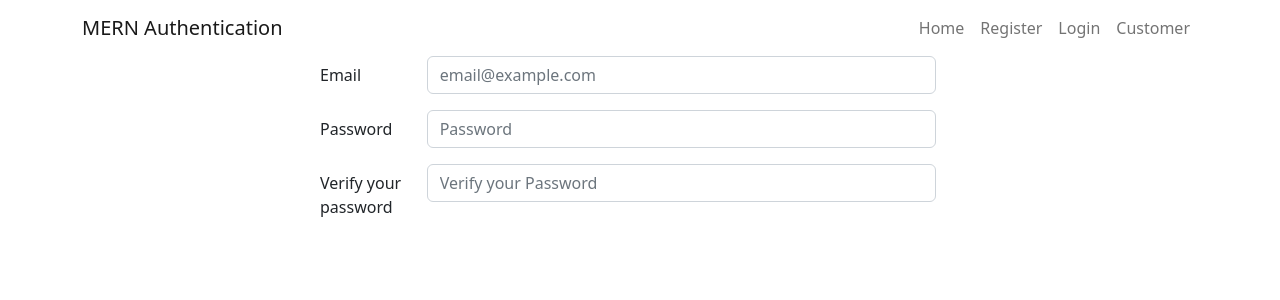
Repository: RubaHusam/MERN-Auth
Page: /register (app in frontend/)
An editor plug-in stored every save of this project. The page is shown before and after the next save, followed by the edit.
The browser window is 1280 px wide. The pictures show the whole page.
The project was rebuilt for these pictures with package versions that can differ from the ones it lists, and the page was loaded fresh each time.

Above is the page before, as saved 2023-01-27 18:58:06.

### frontend/src/index.js
import React from 'react';
import ReactDOM from 'react-dom/client';
import './index.css';
import App from './App';

import 'bootstrap/dist/css/bootstrap.min.css';

const root = ReactDOM.createRoot(document.getElementById('root'));
root.render(
  <React.StrictMode>
    <App />
  </React.StrictMode>
);

### frontend/src/App.js
import React from 'react';
import { BrowserRouter as Router, Route, Routes } from 'react-router-dom';

import Header from './components/Layout/Header';
import Register from './components/Auth/Register';

function App() {
  return (
    <>
      <Router>
        <Header />
        <Routes>
          <Route path='/' element={<div>Home</div>}></Route>
          <Route path='/register' element={<Register />}></Route>
          <Route path='/login' element={<div>Login</div>}></Route>
          <Route path='/customer' element={<div>Customer</div>}></Route>
        </Routes>
      </Router>
    </>
  );
}

export default App;

### frontend/src/components/Layout/Header.js
import React from 'react';
import { Nav, Navbar, Container, NavLink } from 'react-bootstrap';
import { Link } from 'react-router-dom';

export default function Header() {
  return (
    <>
      <Navbar collapseOnSelect expand='lg'>
        <Container>
          <Link to='/' style={{ textDecoration: 'none' }}>
            <Navbar.Brand href='/'>MERN Authentication</Navbar.Brand>
          </Link>
          <Navbar.Toggle aria-controls='responsive-navbar-nav' />
          <Navbar.Collapse id='responsive-navbar-nav'>
            <Nav
              style={{
                display: 'flex',
                justifyContent: 'right',
                width: '100%',
                textDecoration: 'none',
              }}>
              <Link to='/' style={{ textDecoration: 'none' }}>
                <NavLink href='/'>Home</NavLink>
              </Link>
              <Link to='/register' style={{ textDecoration: 'none' }}>
                <NavLink href='/register'>Register</NavLink>
              </Link>
              <Link to='/login' style={{ textDecoration: 'none' }}>
                <NavLink href='/login'>Login</NavLink>
              </Link>
              <Link to='/customer' style={{ textDecoration: 'none' }}>
                <NavLink href='/customer'>Customer</NavLink>
              </Link>
            </Nav>
          </Navbar.Collapse>
        </Container>
      </Navbar>
    </>
  );
}

### frontend/src/components/Auth/Register.js
import React from 'react';
import { Form, Row, Col } from 'react-bootstrap';

export default function Register() {
  return (
    <Row style={{ width: '100%', display: 'flex', justifyContent: 'center' }}>
      <Form style={{ width: '50%' }}>
        {/* Email */}
        <Form.Group as={Row} className='mb-3' controlId='formPlaintextEmail'>
          <Form.Label column sm='2'>
            Email
          </Form.Label>
          <Col sm='10'>
            <Form.Control type='email' placeholder='email@example.com' />
          </Col>
        </Form.Group>

        {/* Password */}
        <Form.Group as={Row} className='mb-3' controlId='formPlaintextPassword'>
          <Form.Label column sm='2'>
            Password
          </Form.Label>
          <Col sm='10'>
            <Form.Control type='password' placeholder='Password' />
          </Col>
        </Form.Group>

        {/* Password */}
        <Form.Group as={Row} className='mb-3' controlId='formPlaintextPassword'>
          <Form.Label column sm='2'>
            Verify your password
          </Form.Label>
          <Col sm='10'>
            <Form.Control type='password' placeholder='Verify your Password' />
          </Col>
        </Form.Group>
      </Form>
    </Row>
  );
}

Loaded but not shown: frontend/public/index.html (common file); frontend/src/index.css (common file)

After the next save:
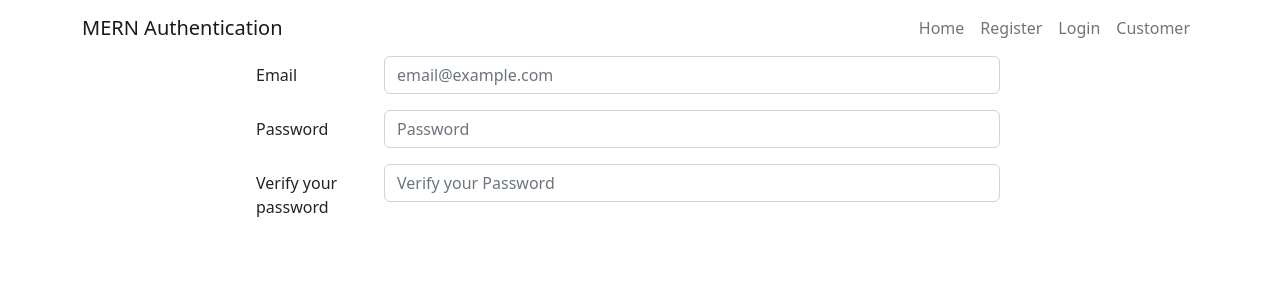
Saved 75 s later.
--- a/frontend/src/components/Auth/Register.js
+++ b/frontend/src/components/Auth/Register.js
@@ -4,7 +4,7 @@
 export default function Register() {
   return (
     <Row style={{ width: '100%', display: 'flex', justifyContent: 'center' }}>
-      <Form style={{ width: '50%' }}>
+      <Form style={{ width: '60%' }}>
         {/* Email */}
         <Form.Group as={Row} className='mb-3' controlId='formPlaintextEmail'>
           <Form.Label column sm='2'>

After the save that followed:
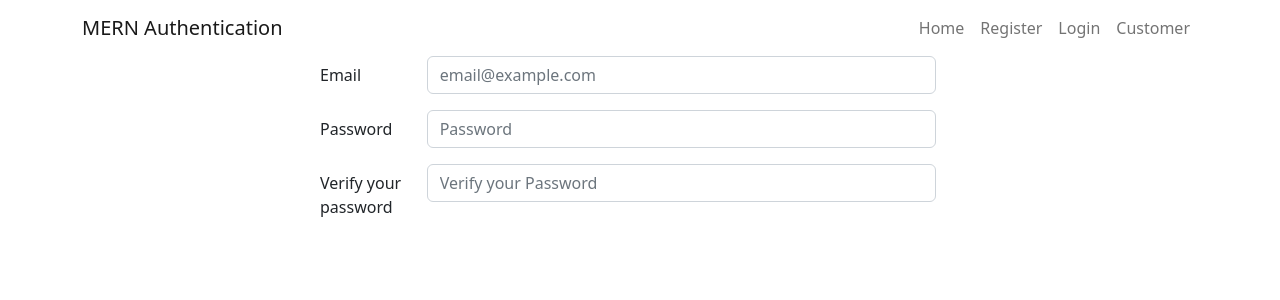
Saved 15 s later.
--- a/frontend/src/components/Auth/Register.js
+++ b/frontend/src/components/Auth/Register.js
@@ -4,7 +4,7 @@
 export default function Register() {
   return (
     <Row style={{ width: '100%', display: 'flex', justifyContent: 'center' }}>
-      <Form style={{ width: '60%' }}>
+      <Form style={{ width: '50%' }}>
         {/* Email */}
         <Form.Group as={Row} className='mb-3' controlId='formPlaintextEmail'>
           <Form.Label column sm='2'>
